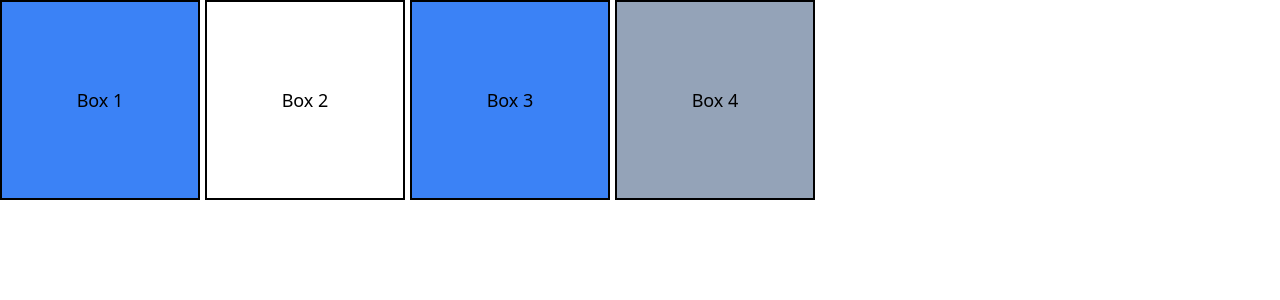
Repository: asadullah48/9th_class_nextjs
Page: /
These files come from the project's save history. The page is drawn as it stood at one moment and after the next save; the edit follows.
The browser window is 1280 px wide. The pictures show the whole page.
The project was rebuilt for these pictures with package versions that can differ from the ones it lists, and the page was loaded fresh each time. The framework's server and built-in components were replaced by stand-ins that run in the browser. Also part of the build but not shown: next.config.ts.

Above is the page before, as saved 2024-11-21 10:10:45.

### src/app/layout.tsx
import type { Metadata } from "next";
import localFont from "next/font/local";
import "./globals.css";

const geistSans = localFont({
  src: "./fonts/GeistVF.woff",
  variable: "--font-geist-sans",
  weight: "100 900",
});
const geistMono = localFont({
  src: "./fonts/GeistMonoVF.woff",
  variable: "--font-geist-mono",
  weight: "100 900",
});

export const metadata: Metadata = {
  title: "Create Next App",
  description: "Generated by create next app",
};

export default function RootLayout({
  children,
}: Readonly<{
  children: React.ReactNode;
}>) {
  return (
    <html lang="en">
      <body className="text-[18px]">
        {children}
      </body>
    </html>
  );
}

### src/app/page.tsx
import React from "react";
import Image from "next/image";

function Home() {

  // let array: [string, number, boolean] = ["fahad", 2, true, "fahd"]

  return <div className="main flex h-screen">
    {/* <div className="box" id="box1">Box 1 </div>
    <div className="box" id="box2" >Box 2</div> */}
    <div className=" flex justify-center items-center h-[200px] w-[200px] bg-blue-500 border-2 border-black">Box 1 </div>
    <div className="flex justify-center items-center h-[200px] w-[200px] bg-vslate-400 border-2 border-black">Box 2</div>
    <div className=" flex justify-center items-center h-[200px] w-[200px] bg-blue-500 border-2 border-black">Box 3 </div>
    <div className="flex justify-center items-center h-[200px] w-[200px] bg-slate-400 border-2 border-black">Box 4</div>

  </div>;
}

export default Home;

### src/app/globals.css
@tailwind base;
@tailwind components;
@tailwind utilities;

/* .header {
  font-weight: 700;
  font-size: 100px;
} */

/* 100 vh or h-screen = takes the full height of screen */

/* 50 % = 50% of parent height not screen */

.main {
    display: flex;
    gap: 5px;
    /* justify-content: center;
    align-items: center; */
    height: 100vh;
}

.box {
    display: flex;
    justify-content: center;
    align-items: center;
    height: 200px;
    width: 200px;
    background-color: aqua;
    border: 3px solid black;
}

@media (max-width: 320px) {
    /* .header {
        color: blue
    } */
     #box2 {
        background-color: red;
        border:3px solid green;
     }

     #box1 {
        /* display:none ; */
        visibility: hidden;
     }
}

@media (max-width: 768px) {
    .main {
        flex-direction: column;
    }
  /* 1px to 768px
    */
  /* .header {
    font-size: 50px;
  } */
}

Loaded but not shown: tailwind.config.ts (common file)

After the next save:
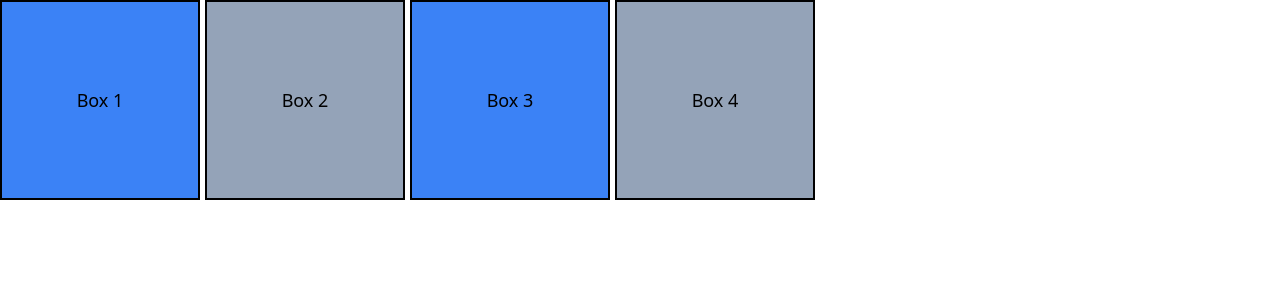
Saved 5 s later.
--- a/src/app/page.tsx
+++ b/src/app/page.tsx
@@ -9,7 +9,7 @@ function Home() {
     {/* <div className="box" id="box1">Box 1 </div>
     <div className="box" id="box2" >Box 2</div> */}
     <div className=" flex justify-center items-center h-[200px] w-[200px] bg-blue-500 border-2 border-black">Box 1 </div>
-    <div className="flex justify-center items-center h-[200px] w-[200px] bg-vslate-400 border-2 border-black">Box 2</div>
+    <div className="flex justify-center items-center h-[200px] w-[200px] bg-slate-400 border-2 border-black">Box 2</div>
     <div className=" flex justify-center items-center h-[200px] w-[200px] bg-blue-500 border-2 border-black">Box 3 </div>
     <div className="flex justify-center items-center h-[200px] w-[200px] bg-slate-400 border-2 border-black">Box 4</div>
 
